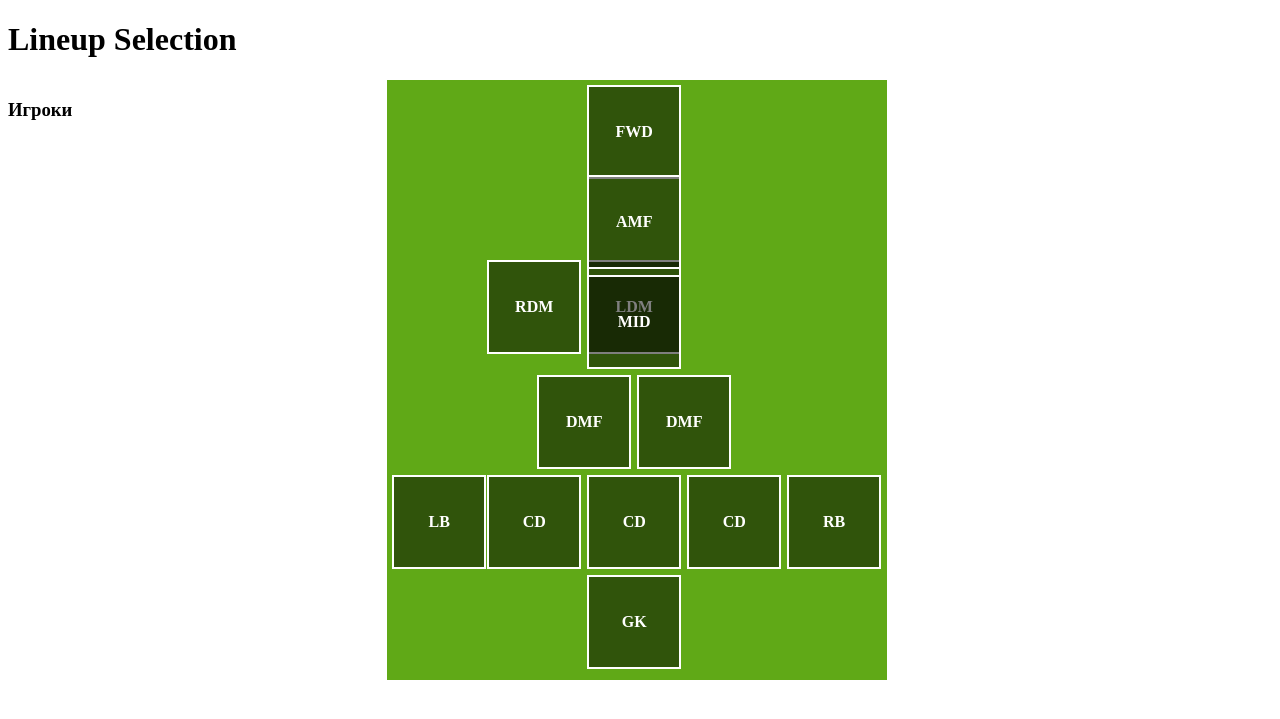
Repository: greatgreek73/soccergame
Page: http://localhost/lineup-selection/
An editor plug-in stored every save of this project. The page is shown before and after the next save, followed by the edit.
The browser window is 1280 px wide. The pictures show the whole page.
Some web libraries are served in a nearby version. The page is served by the project's application, run on Django 4.2 (manage.py). A made-up administrator, testuser (Test User, test@example.com), is signed in. Queries for data that is not in the repository find no rows.

Above is the page before, as saved 2024-04-19 20:50:28.

After the next save:
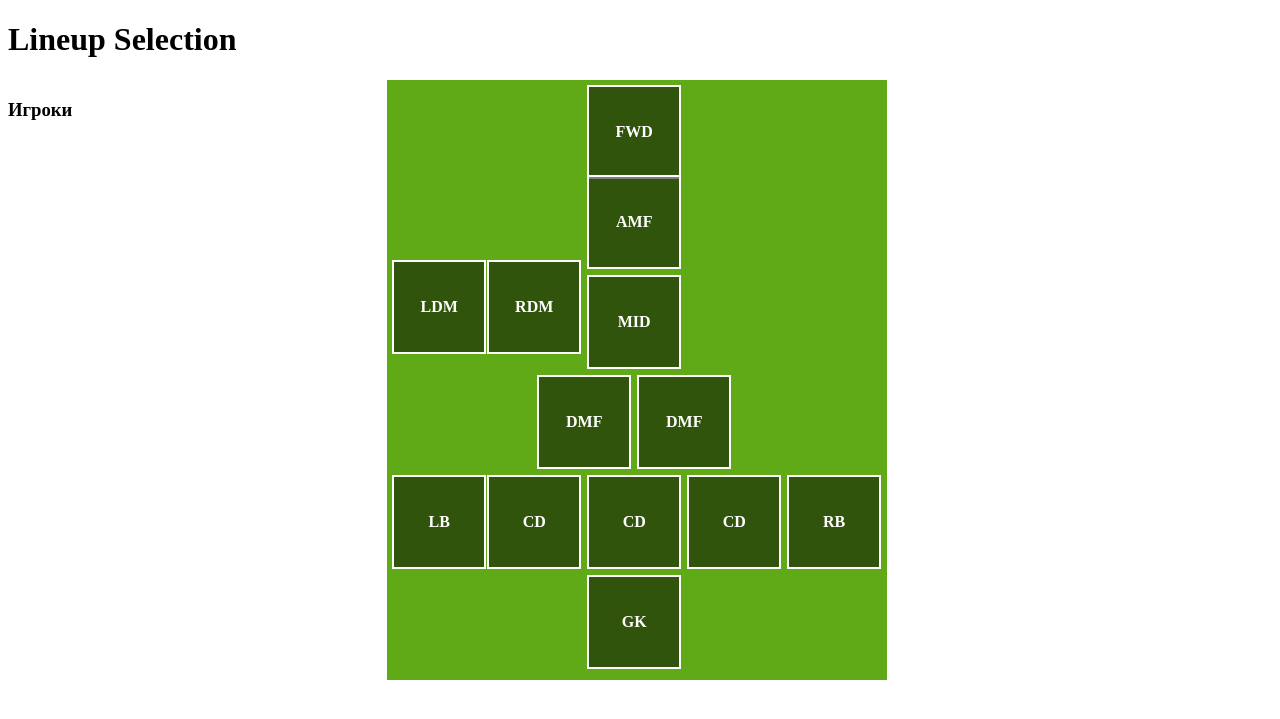
Saved 34 s later.
--- a/players/templates/lineup_selection.html
+++ b/players/templates/lineup_selection.html
@@ -184,7 +184,7 @@
             <div class="position" data-position="RB" style="top: 395px; left: 400px;">RB</div>
             <div class="position" data-position="LB" style="top: 395px; left: 5px;">LB</div>
             <div class="position" data-position="RDM" style="top: 180px; left: 100px;">RDM</div>
-            <div class="position" data-position="LDM" style="top: 180px; left: 200px;">LDM</div>
+            <div class="position" data-position="LDM" style="top: 180px; left: 5px;">LDM</div>
             <div class="position" data-position="MID" style="top: 195px; left: 200px;">MID</div>
             <div class="position" data-position="FWD" style="top: 5px; left: 200px;">FWD</div>
             <div class="position" data-position="DMF" style="top: 295px; left: 250px;">DMF</div>
